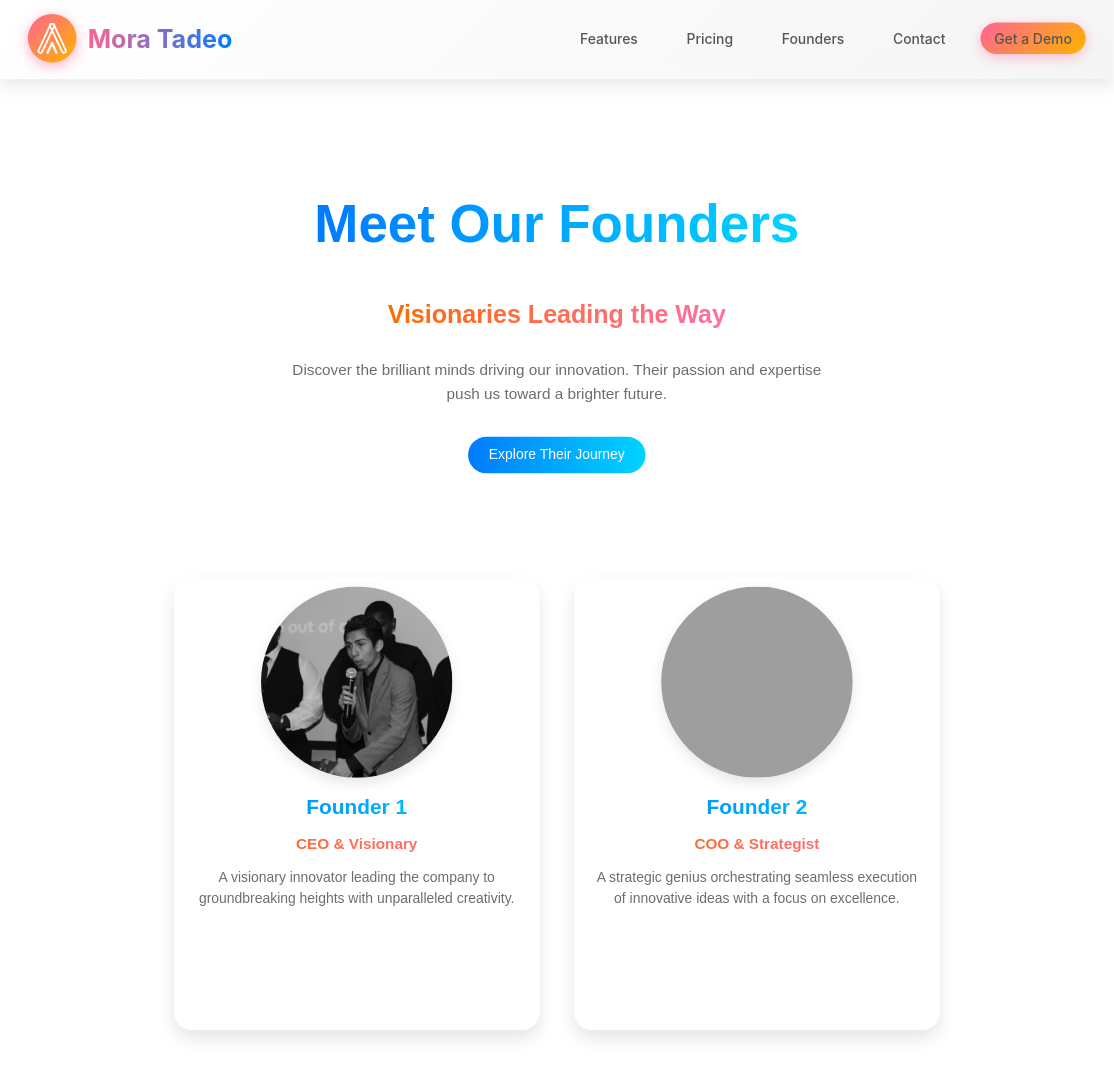
Repository: AbrahamM007/moratadeo
Page: /founders
These files come from the project's save history. The page is drawn as it stood at one moment and after the next save; the edit follows.
The browser window is 1280 px wide. The pictures show the whole page, at 87% of full size.
Pictures or frames that could not be fetched are drawn as grey boxes. The project was rebuilt for these pictures with package versions that can differ from the ones it lists, and the page was loaded fresh each time. Also part of the build but not shown: src/HeroSection.css, src/HeroSection.js, src/InfoSection.css, src/InfoSection.js, src/RoadmapSection.css, src/RoadmapSection.js, src/DesignPhaseSection.js, src/HeroBanner.js and 7 more.

Above is the page before, as saved 2025-01-12 22:45:46.

After the next save:
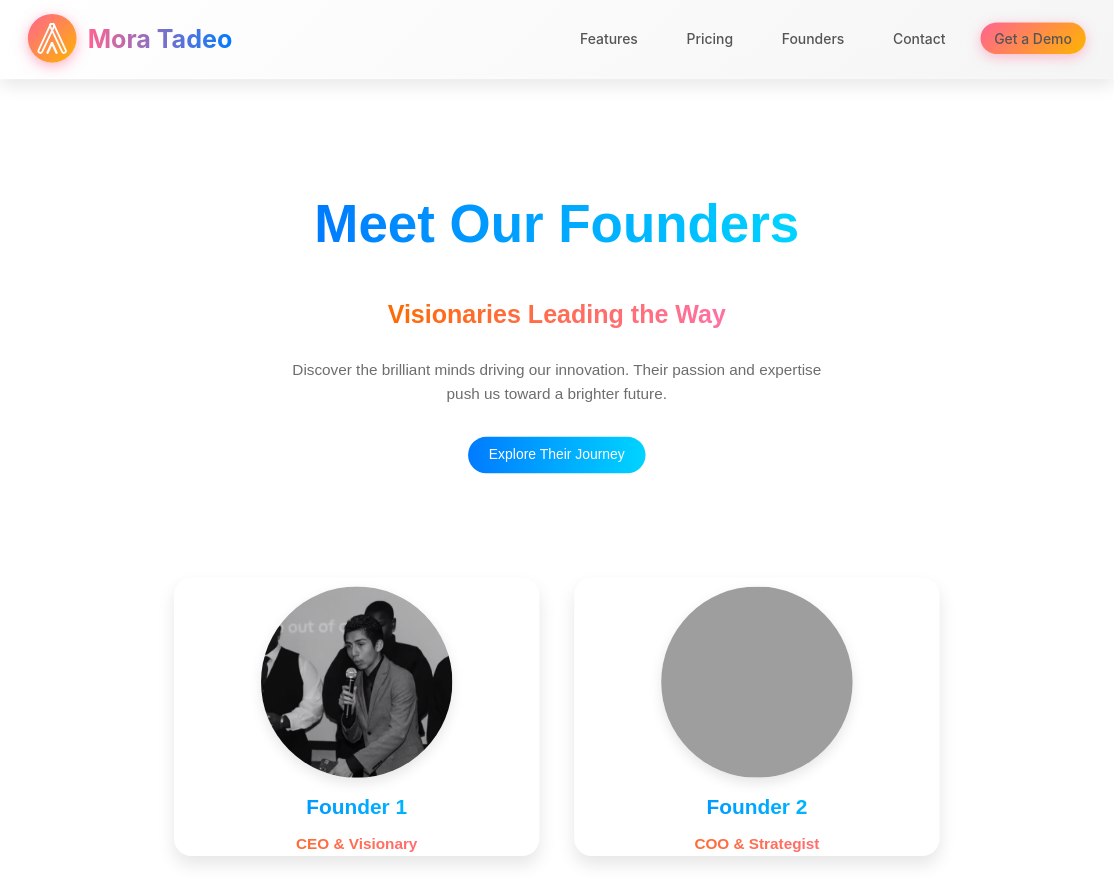
Saved 24 s later.
--- a/src/FoundersPage.css
+++ b/src/FoundersPage.css
@@ -81,7 +81,7 @@
     transition: transform 0.3s ease, box-shadow 0.3s ease;
     text-align: center;
     width: 400px;
-    height: 500px;
+    height: 300px;
     padding: 10px;
   }
 
